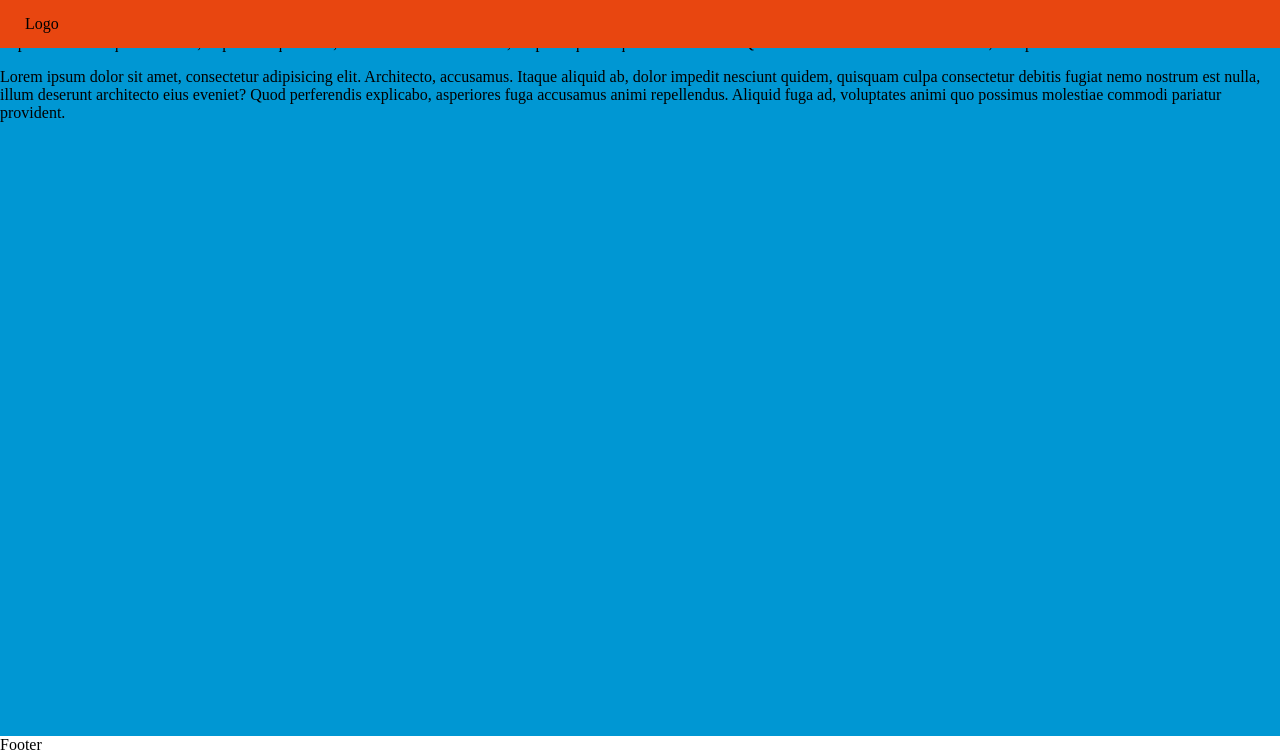
Repository: nealbrophy/CI-Responsive-Mini-Proj
Page: index.html
The author's editor kept a record of every edit. The page is drawn from the files as they stood at one moment, then again after the next edit.
The browser window is 1280 px wide. The pictures show the whole page.

Above is the page before.

### index.html
<!DOCTYPE html>
<html lang="en">
<head>
    <meta charset="UTF-8">
    <meta name="viewport" content="width=device-width, initial-scale=1.0">
    <meta http-equiv="X-UA-Compatible" content="ie=edge">
    <link rel="stylesheet" href="css/style.css" type="text/css" />
    <title>Document</title>
</head>
<body>
    <main class="main">
        <header class="header">
            <div class="logo">Logo</div>
        </header>

        <section class="section">
            <div class="vcenter">
                <article class="article column column-60">
                    <p class="section-paragraph">Lorem ipsum dolor sit amet, consectetur adipisicing elit. Atque sunt quasi amet repudiandae quia non fugit tempora nemo, ad consequuntur. Eius, optio. Esse nesciunt, ratione qui velit temporibus! Reprehenderit aliquid dolorum, impedit itaque nulla, commodi amet beatae sed, corporis quis neque ex ut dolorem! Quae rerum molestias accusamus odio, voluptates.</p>
                </article>
                <aside class="aside column column-40">
                    <p class="section-paragraph">
                    Lorem ipsum dolor sit amet, consectetur adipisicing elit. Architecto, accusamus. Itaque aliquid ab, dolor impedit nesciunt quidem, quisquam culpa consectetur debitis fugiat nemo nostrum est nulla, illum deserunt architecto eius eveniet? Quod perferendis explicabo, asperiores fuga accusamus animi repellendus. Aliquid fuga ad, voluptates animi quo possimus molestiae commodi pariatur provident.
                    </p>
                </aside>
            </div>
        </section>

        <footer class="footer">Footer</footer>
    </main>
</body>
</html>

### css/style.css
body, html {
    height: 100%;
    margin: 0;
    padding: 0;
}

.header {
    position: fixed;
    top: 0;
    left: 0;
    right: 0;
    background-color: #e84610;
    padding: 15px 25px;
}

.main {
    height: 100%;
}

.section {
    background-color: #0097d3;
    height: 100%;

}

After the next edit:
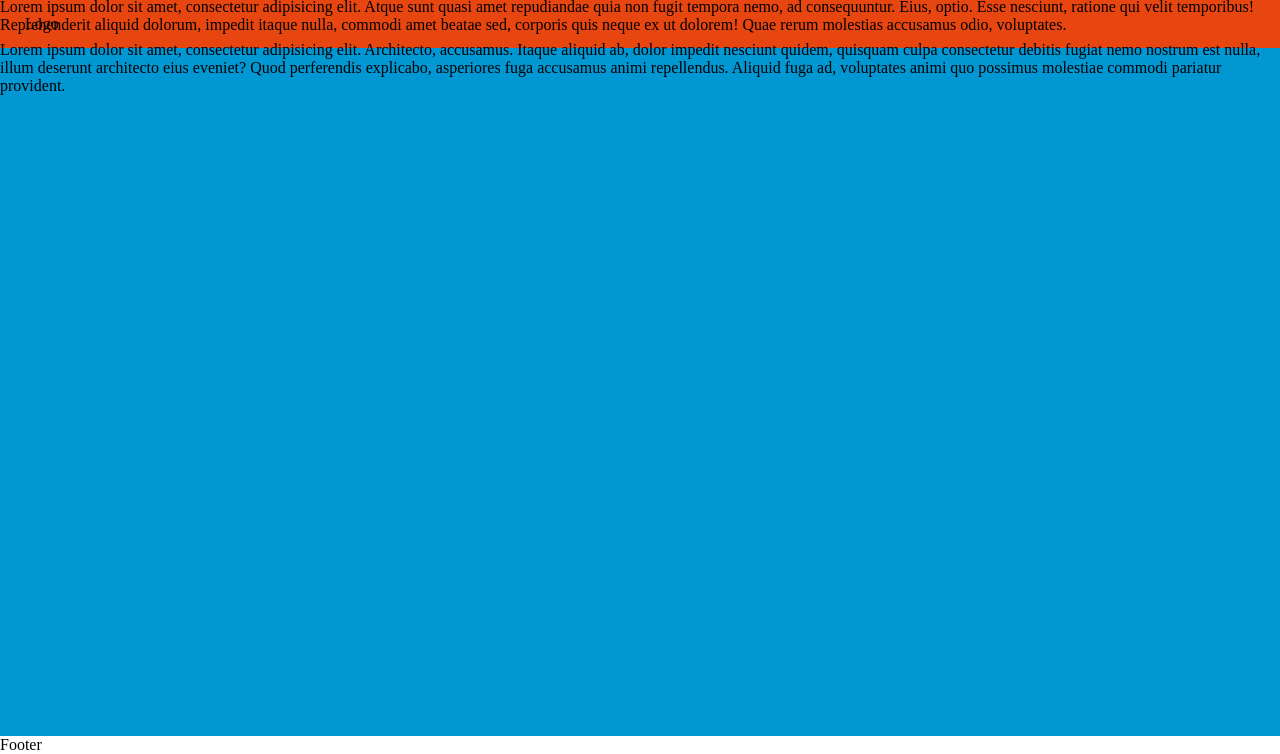
The edit:
--- a/css/style.css
+++ b/css/style.css
@@ -20,5 +20,14 @@
 .section {
     background-color: #0097d3;
     height: 100%;
+}
 
+.article, .aside {
+    position: relative;
+    top: 50%;
+    transform: translateY(-50%);
 }
+
+.section-paragraph {
+    font-size: 1em;
+}
